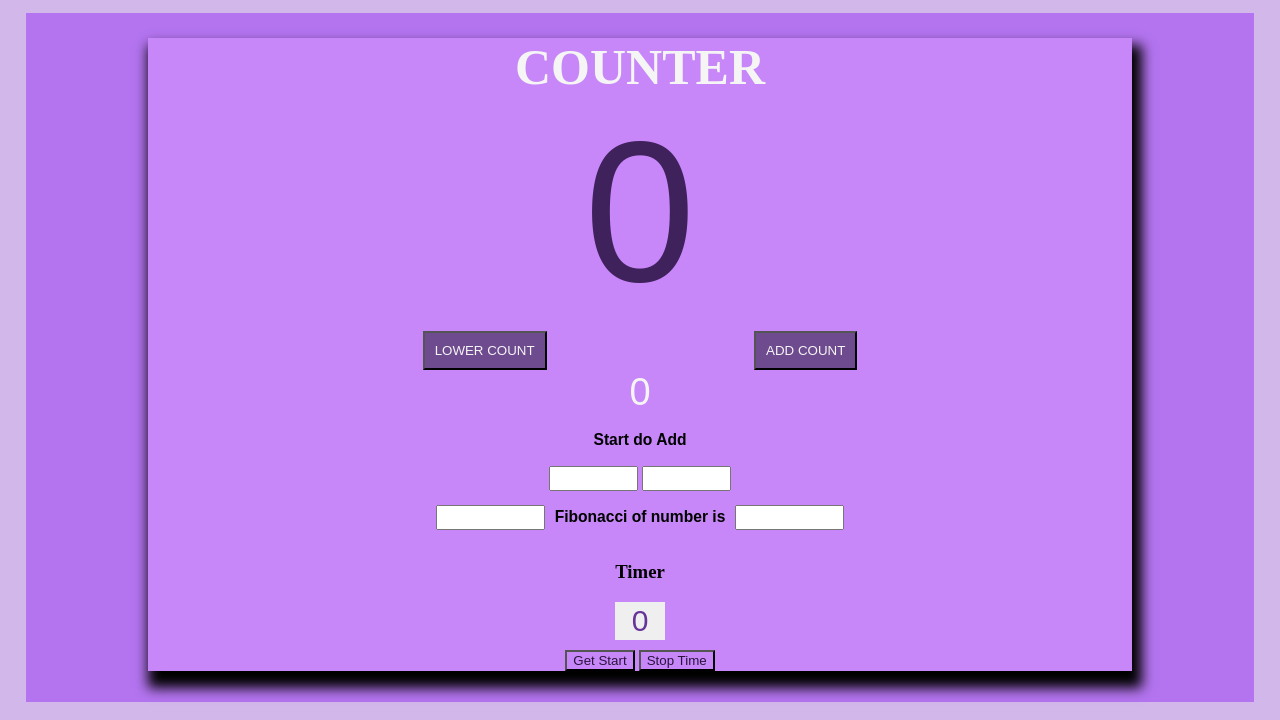
Repository: AnahitKhechumyan/Counter
Page: index.html
An editor plug-in stored every save of this project. The page is shown before and after the next save, followed by the edit.
The browser window is 1280 px wide. The pictures show the whole page.

Above is the page before, as saved 2022-02-16 00:01:35.

After the next save:
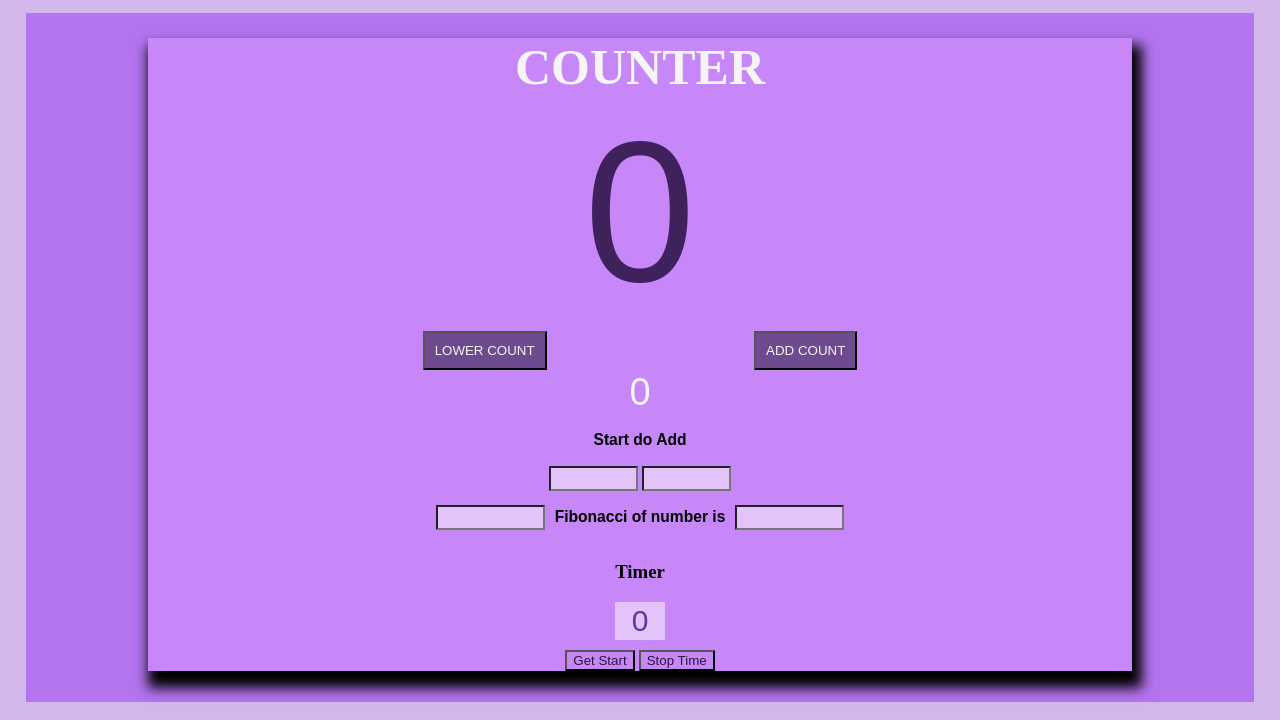
Saved 3 min 2 s later.
--- a/style.css
+++ b/style.css
@@ -78,12 +78,16 @@ body{
     width: 10%;
     padding:3px;
 }
+input{
+    background-color: rgb(227, 196, 250);
+}
 .timer{
     padding:2px 3px;
     font-size: 30px;
    width: 5%;
    border:none;
    color:rebeccapurple;
+   background-color:rgb(227, 196, 250);
 }
 
 .getTime, .stopTime{
